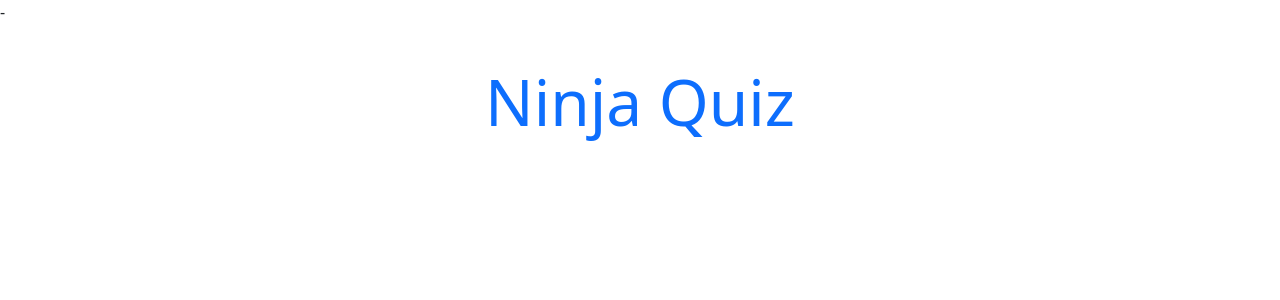
Repository: Programmer-RD-AI/Modern-JavaScript-Complete-guide-from-Novice-to-Ninja
Page: ninja_quiz/index.html
These files come from the project's save history. The page is drawn as it stood at one moment and after a run of saves; the edit follows.
The browser window is 1280 px wide. The pictures show the whole page.

Above is the page before, as saved 2023-12-26 14:16:31.

### ninja_quiz/index.html
<html lang="en">
  <head>
    <meta charset="UTF-8" />
    -
    <meta name="viewport" content="width=device-width, initial-scale=1.0" />
    <link
      href="https://cdn.jsdelivr.net/npm/bootstrap@5.3.2/dist/css/bootstrap.min.css"
      rel="stylesheet"
      integrity="sha384-T3c6CoIi6uLrA9TneNEoa7RxnatzjcDSCmG1MXxSR1GAsXEV/Dwwykc2MPK8M2HN"
      crossorigin="anonymous"
    />
    <title>Ninja Quiz</title>
    <link rel="stylesheet" href="style.css" />
  </head>
  <body>
    <!-- introduction -->
    <div class="intro py-3 bg-white text-center">
      <div class="container">
        <h2 class="text-primary display-3 my-4">Ninja Quiz</h2>
      </div>
    </div>
    <!-- quiz section -->
    <div class="quiz"></div>
    <script src="app.js"></script>
  </body>
</html>

Loaded but not shown: ninja_quiz/app.js (no copy from this time; the picture is the same without it); ninja_quiz/style.css (no stored copy; drawn as an empty file)

After the next 2 saves:
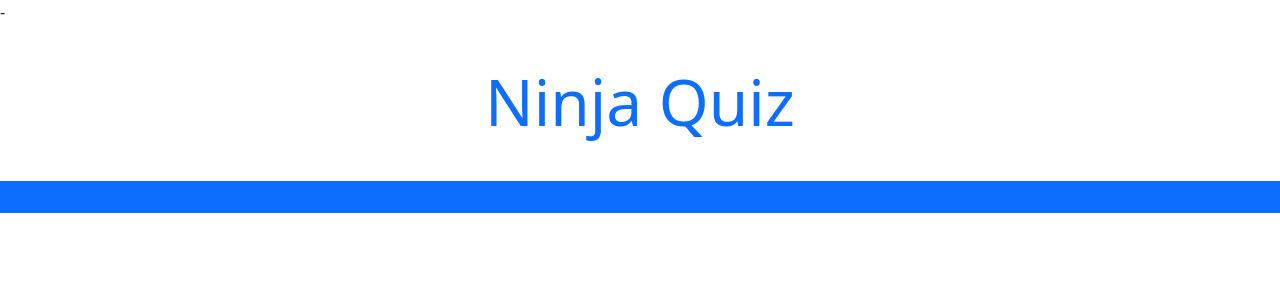
The 2 saves are shown as one change because they came seconds apart.
The last was saved 9 s later.
--- a/ninja_quiz/index.html
+++ b/ninja_quiz/index.html
@@ -20,7 +20,7 @@
       </div>
     </div>
     <!-- quiz section -->
-    <div class="quiz"></div>
+    <div class="quiz py-3 bg-primary "></div>
     <script src="app.js"></script>
   </body>
 </html>
